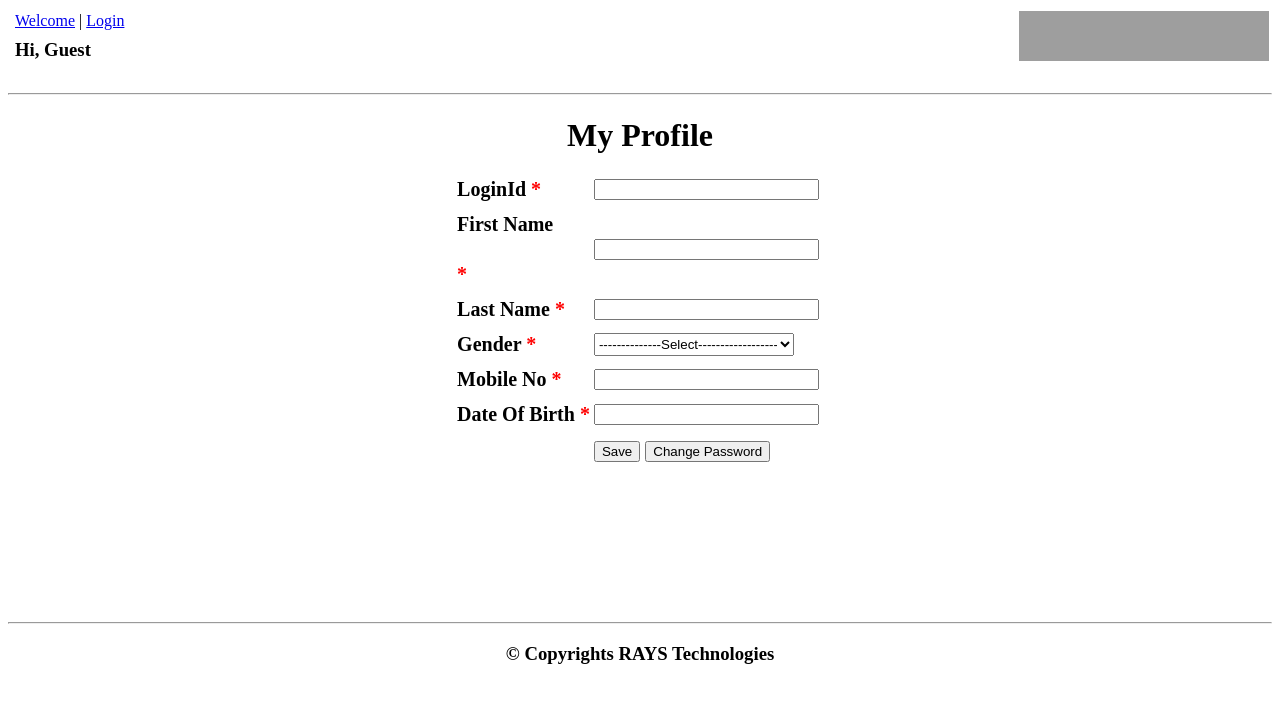
Repository: tanu22s/Project4
Page: http://localhost/ORS_4/jsp/MyProfileView.jsp
An editor plug-in stored every save of this project. The page is shown before and after the next save, followed by the edit.
The browser window is 1280 px wide. The pictures show the whole page.
Pictures or frames that could not be fetched are drawn as grey boxes. The page is served by Tomcat 9.

Above is the page before, as saved 2021-12-02 08:19:18.

After the next save:
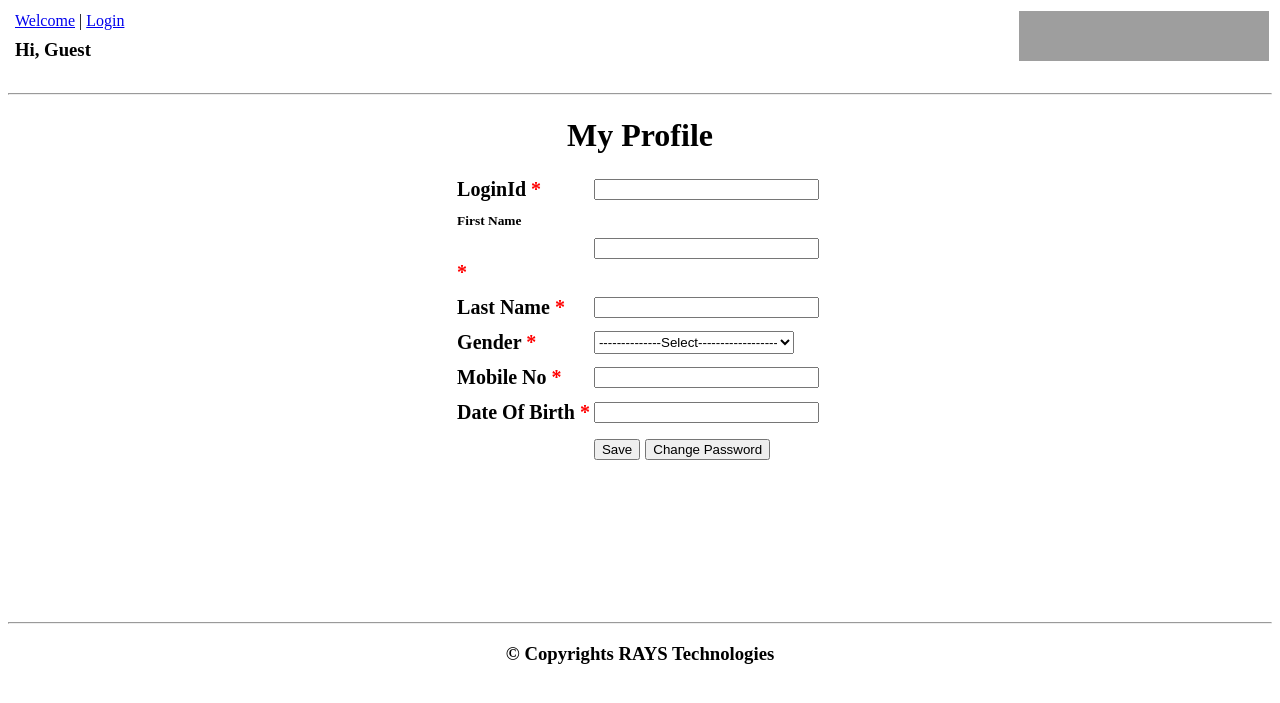
Saved 17 s later.
--- a/Project04/ORS_4/src/main/webapp/jsp/MyProfileView.jsp
+++ b/Project04/ORS_4/src/main/webapp/jsp/MyProfileView.jsp
@@ -41,7 +41,7 @@
 	<tr><th style="padding: 3px"></th></tr>
 
                 <tr>
-                    <th align="left"><h4>First Name</h4> <span style="color: red">*</span></th>
+                    <th align="left"><h6>First Name</h6> <span style="color: red">*</span></th>
                     <td><input type="text" name="firstName" size="25"  value="<%=DataUtility.getStringData(bean.getFirstName())%>">
                    </td><td style="position: fixed"> <font color="red"> <%=ServletUtility.getErrorMessage("firstName", request)%></font></td>
                 </tr>
